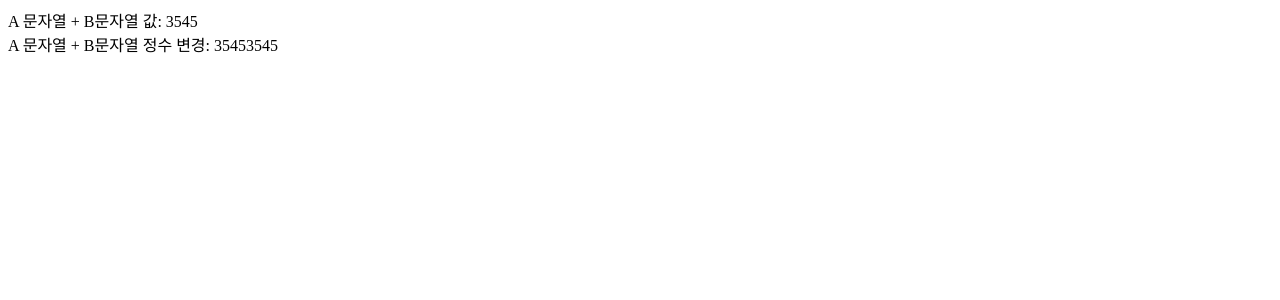
Repository: kisunssong/jsp
Page: http://localhost/test/day2.jsp
These files come from the project's save history. The page is drawn as it stood at one moment and after the next save; the edit follows.
The browser window is 1280 px wide. The pictures show the whole page.
The page is served by Tomcat 9.

Above is the page before, as saved 2020-11-04 13:23:55.

### test/WebContent/day2.jsp
<%@ page language="java" contentType="text/html; charset=EUC-KR"
    pageEncoding="EUC-KR"%>
<html>
<head>
<script language="javascript">

</script>

<script>
var a="35"
var b="45"
document.write("A 문자열 + B문자열 값: "+a+b+"<br>")
document.write("A 문자열 + B문자열 정수 변경: "+eval(a)+eval(b)+eval(a+b))
</script>
</head>
</html>

After the next save:
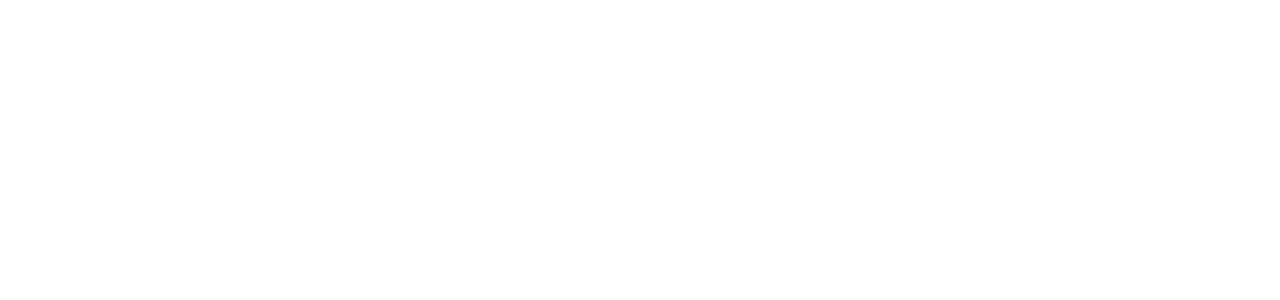
Console error: SyntaxError: missing ) after argument list
Saved 11 s later.
--- a/test/WebContent/day2.jsp
+++ b/test/WebContent/day2.jsp
@@ -10,7 +10,7 @@
 var a="35"
 var b="45"
 document.write("A 문자열 + B문자열 값: "+a+b+"<br>")
-document.write("A 문자열 + B문자열 정수 변경: "+eval(a)+eval(b)+eval(a+b))
+document.write("A 문자열 + B문자열 정수 변경: "+eval(a)+eval(b)eval(a+b))
 </script>
 </head>
 </html>

After the save that followed:
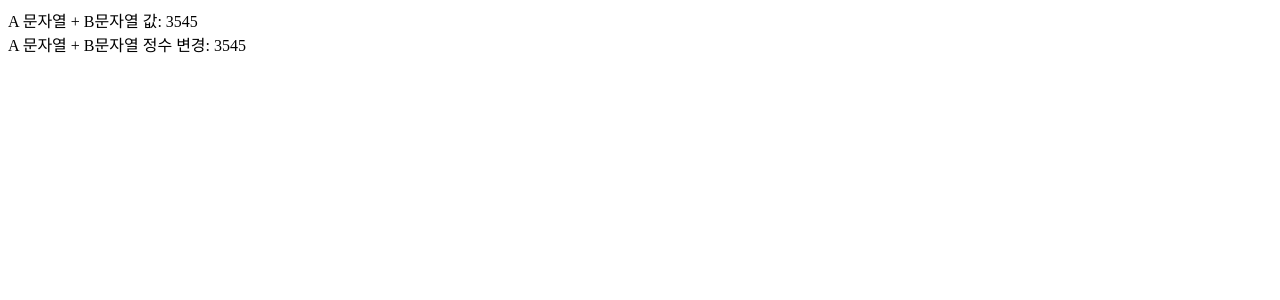
The error is gone.
Saved 40 s later.
--- a/test/WebContent/day2.jsp
+++ b/test/WebContent/day2.jsp
@@ -9,8 +9,10 @@
 <script>
 var a="35"
 var b="45"
+eval(a)
+eval(b)
 document.write("A 문자열 + B문자열 값: "+a+b+"<br>")
-document.write("A 문자열 + B문자열 정수 변경: "+eval(a)+eval(b)eval(a+b))
+document.write("A 문자열 + B문자열 정수 변경: "+(a+b))
 </script>
 </head>
 </html>
